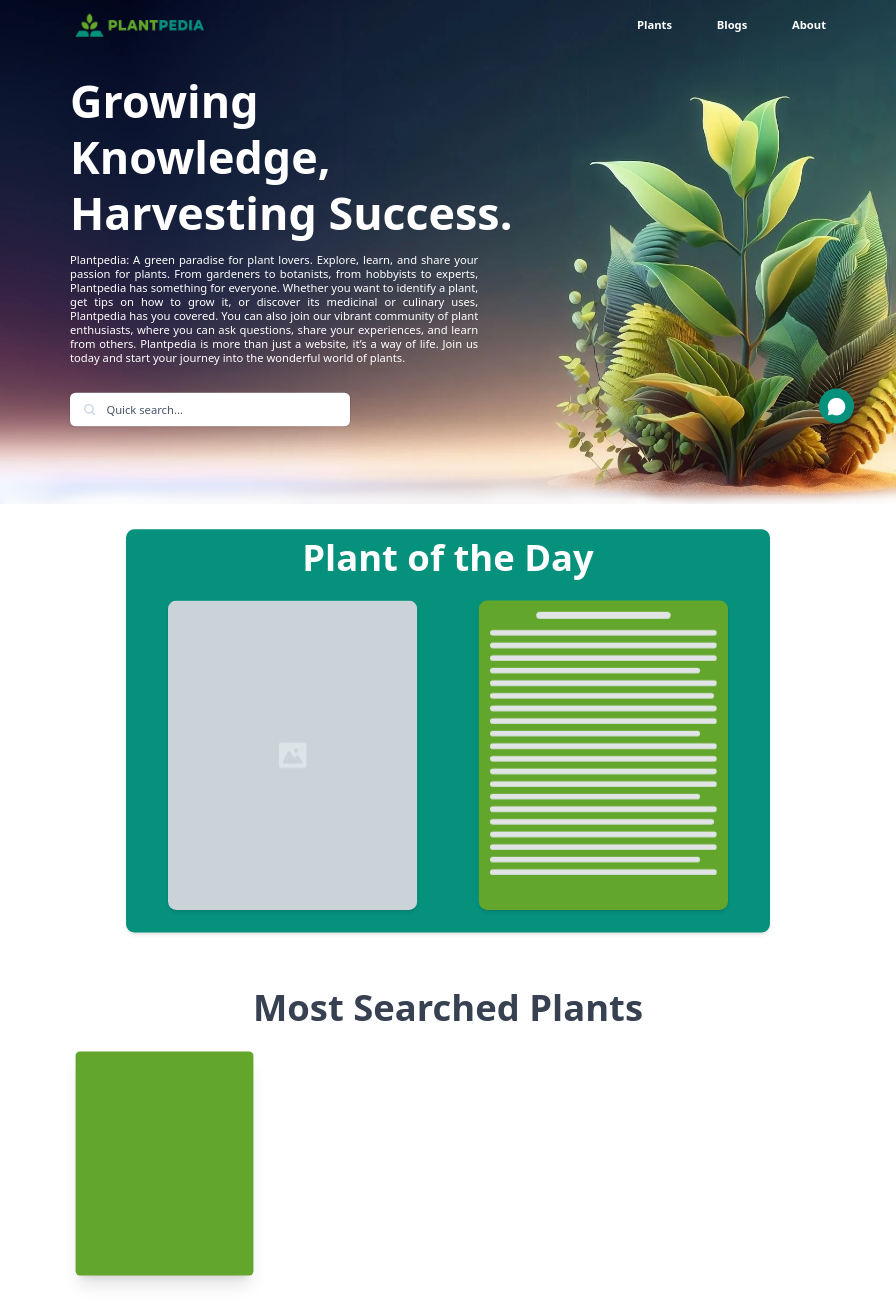
Repository: silham/PlantPedia
Page: /test/home
An editor plug-in stored every save of this project. The page is shown before and after the next save, followed by the edit.
The browser window is 1280 px wide. The pictures show the whole page, at 70% of full size.
The page's requests for data from a server got no answer. The project was rebuilt for these pictures with package versions that can differ from the ones it lists, and the page was loaded fresh each time. The framework's server and built-in components were replaced by stand-ins that run in the browser. No one was signed in, and anything a server would have sent is missing. Also part of the build but not shown: next.config.js, app/components/SearchBox.css, app/test/Chat/style.css, app/utils/Formatter.ts.

Above is the page before, as saved 2023-10-16 16:08:47.

After the next save:
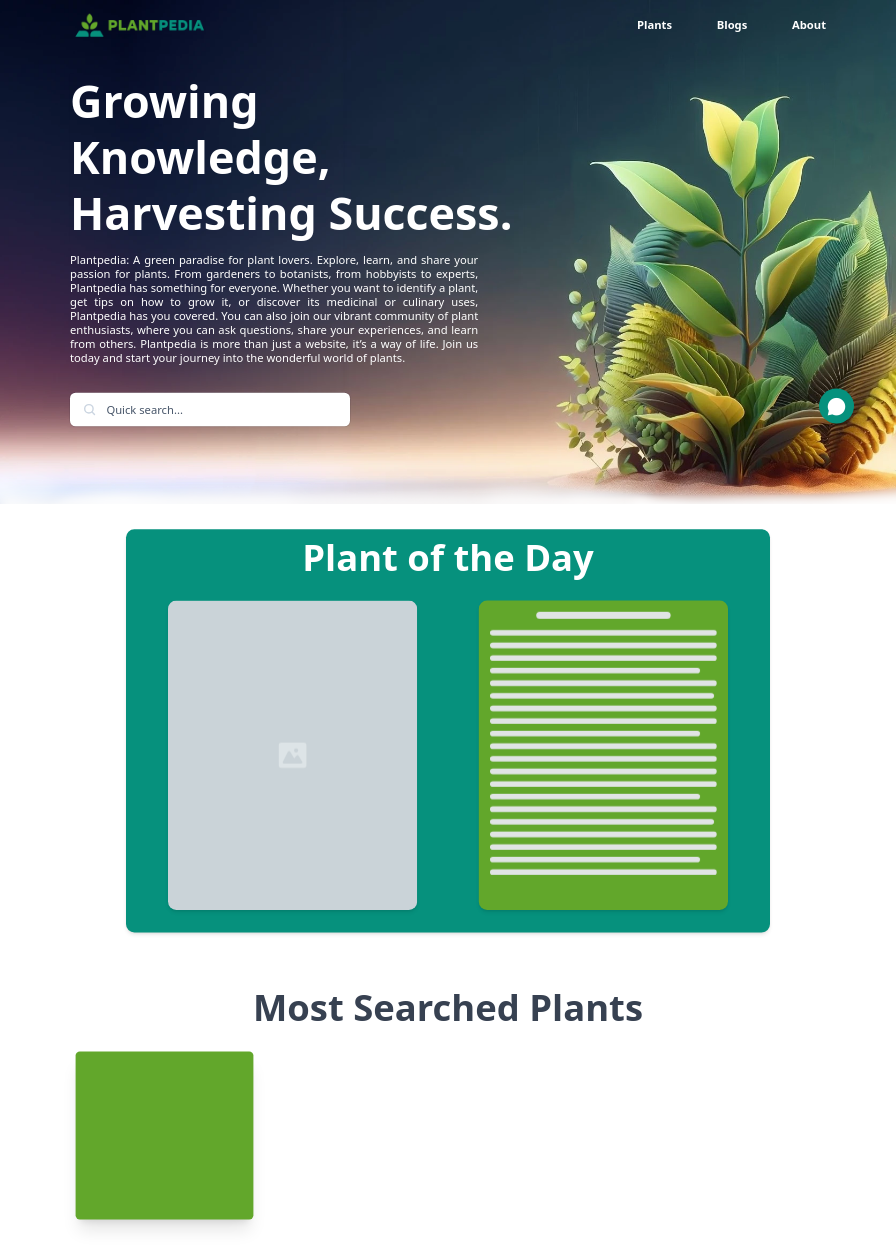
Saved 37 s later.
--- a/app/test/home/PlantCard.tsx
+++ b/app/test/home/PlantCard.tsx
@@ -3,7 +3,7 @@ import React from "react";
 const PlantCard = () => {
   return (
     <div className="w-[25%] p-2">
-      <div className="w-full h-80 bg-custom-green rounded-md shadow-xl"></div>
+      <div className="w-full h-60 bg-custom-green rounded-md shadow-xl"></div>
     </div>
   );
 };
